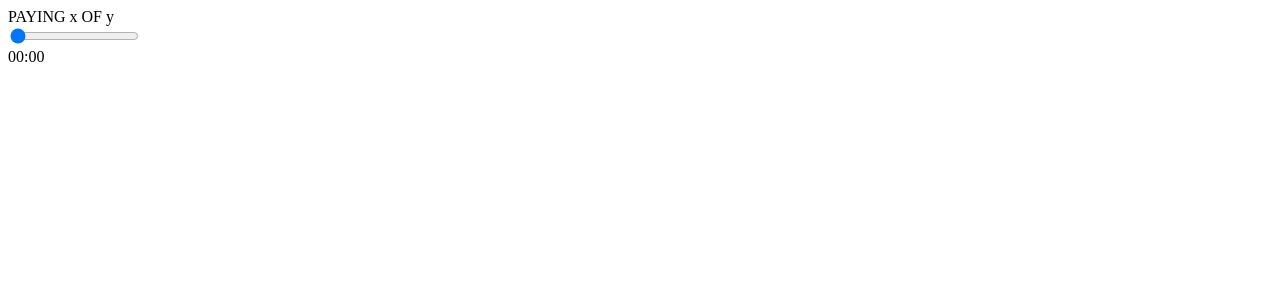
Repository: NguyenVietPhuQuy/Javascript-AudioPlayer
Page: index.html
An editor plug-in stored every save of this project. The page is shown before and after the next save, followed by the edit.
The browser window is 1280 px wide. The pictures show the whole page.

Above is the page before, as saved 2022-11-09 08:03:39.

After the next save:
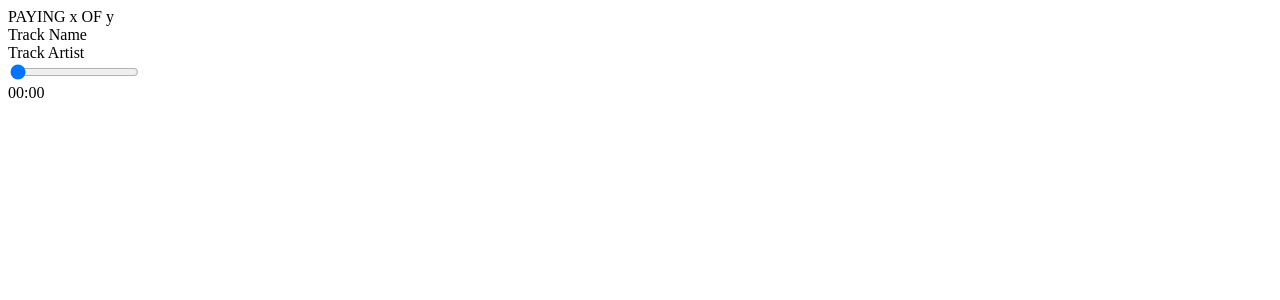
Saved 20 s later.
--- a/index.html
+++ b/index.html
@@ -15,8 +15,8 @@
             <div class="details">
                 <div class="now-playing">PAYING x OF y</div>
                 <div class="track-art"></div>
-                <div class="track-name"></div>
-                <div class="track-artist"></div>
+                <div class="track-name">Track Name</div>
+                <div class="track-artist">Track Artist</div>
             </div>
             <div class="slider_container">
                 <div class="current-time"></div>
